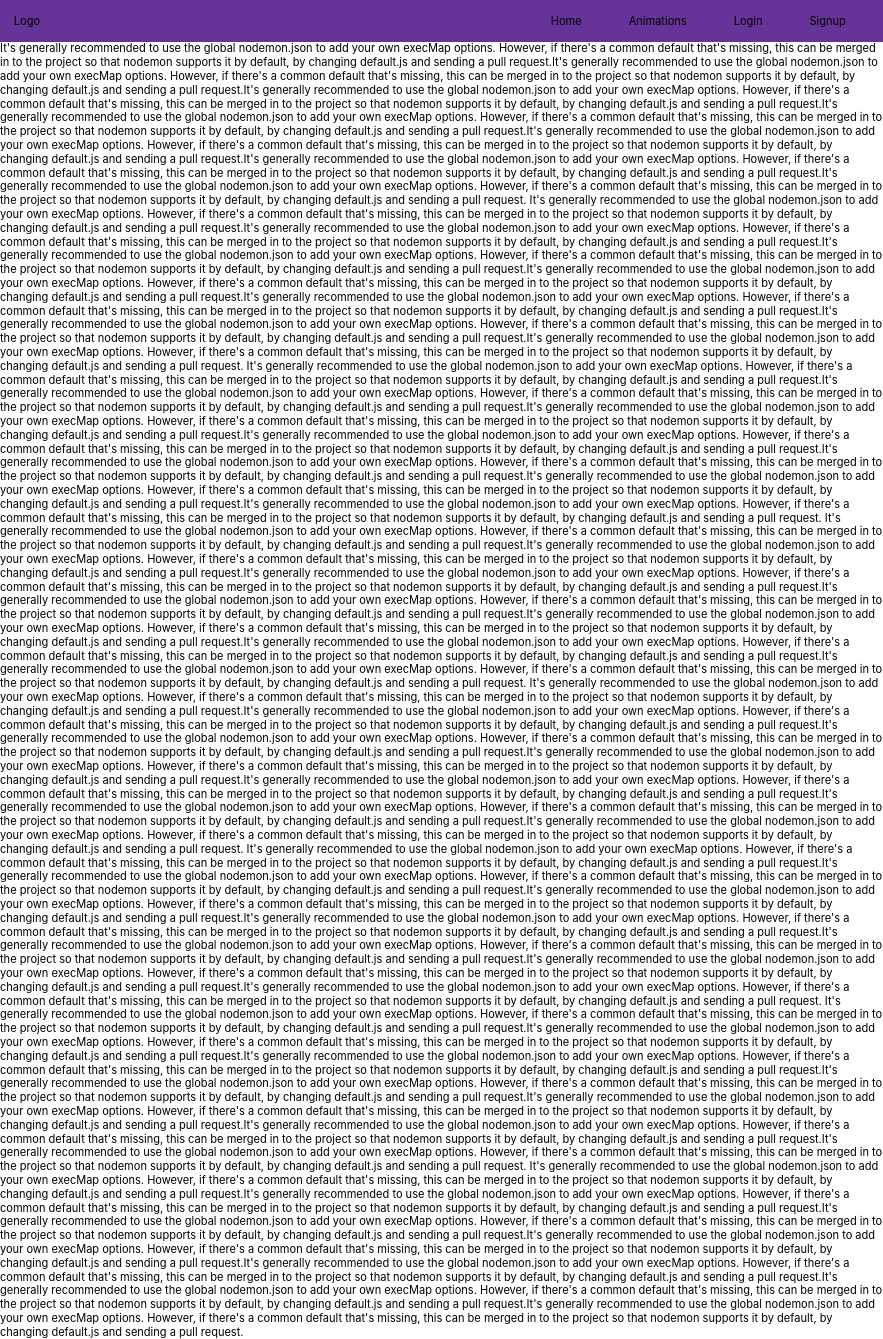
Repository: mr-joshi/Art-Of-House
Page: /
These files come from the project's save history. The page is drawn as it stood at one moment and after the next save; the edit follows.
The browser window is 1280 px wide. The pictures show the whole page, at 69% of full size.
The project was rebuilt for these pictures with package versions that can differ from the ones it lists, and the page was loaded fresh each time. The framework's server and built-in components were replaced by stand-ins that run in the browser. Also part of the build but not shown: next.config.js.

Above is the page before, as saved 2022-09-25 02:07:19.

### pages/_app.js
import '../styles/globals.css'
import '../components/header/header.scss';


function MyApp({ Component, pageProps }) {
  return <Component {...pageProps} />
}

export default MyApp

### components/header/header.scss
.header_container {
  width: 100%;
  background-color: rebeccapurple;
  position: sticky;
    top: 0px;
    z-index: 1;
}
.header_main {
  padding: 20px;
  width: 100%;
  display: flex;
  justify-content: space-between;
  align-items: center;
}
.header_main_tags {
  width: 40%;
  display: flex;
  justify-content: space-around;
  align-items: center;
}

### components/header/Header.js
import React from 'react'
const Header = () => {
  return (
    <div className='header_container'>
      <div className='header_main'>
        <div className='header_logo'>Logo</div>
        <div className='header_main_tags'>
          <div className='tag_home'>Home</div>
          <div className='tag_animations'>Animations</div>
          <div className='tag_login'>Login</div>
          <div className='tag_signup'>Signup</div>
        </div>
      </div>
    </div>
  )
}

export default Header

Loaded but not shown: pages/index.js (library); styles/globals.css (common file)

After the next save:
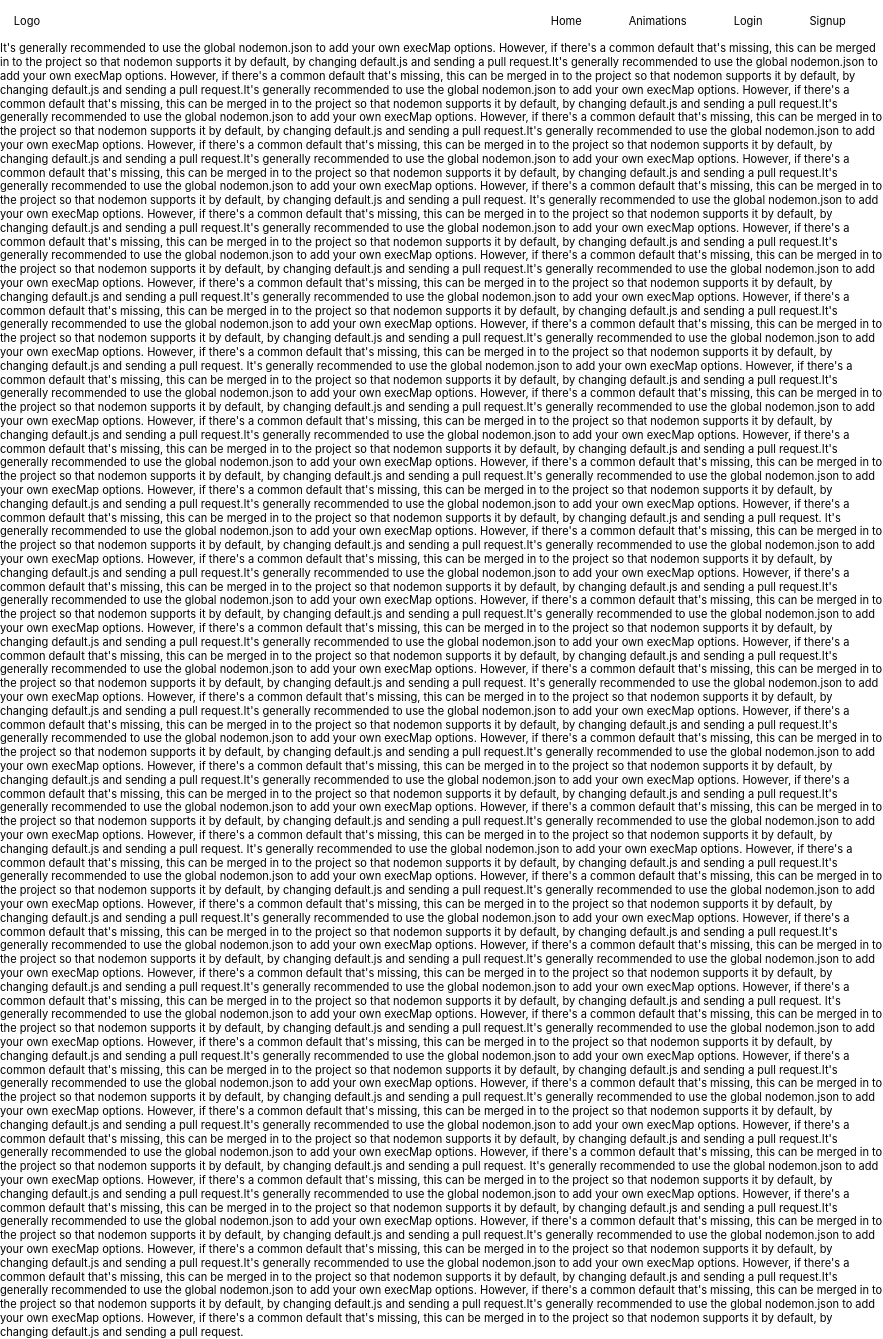
Saved 40 s later.
--- a/components/header/header.scss
+++ b/components/header/header.scss
@@ -1,6 +1,5 @@
 .header_container {
   width: 100%;
-  background-color: rebeccapurple;
   position: sticky;
     top: 0px;
     z-index: 1;
